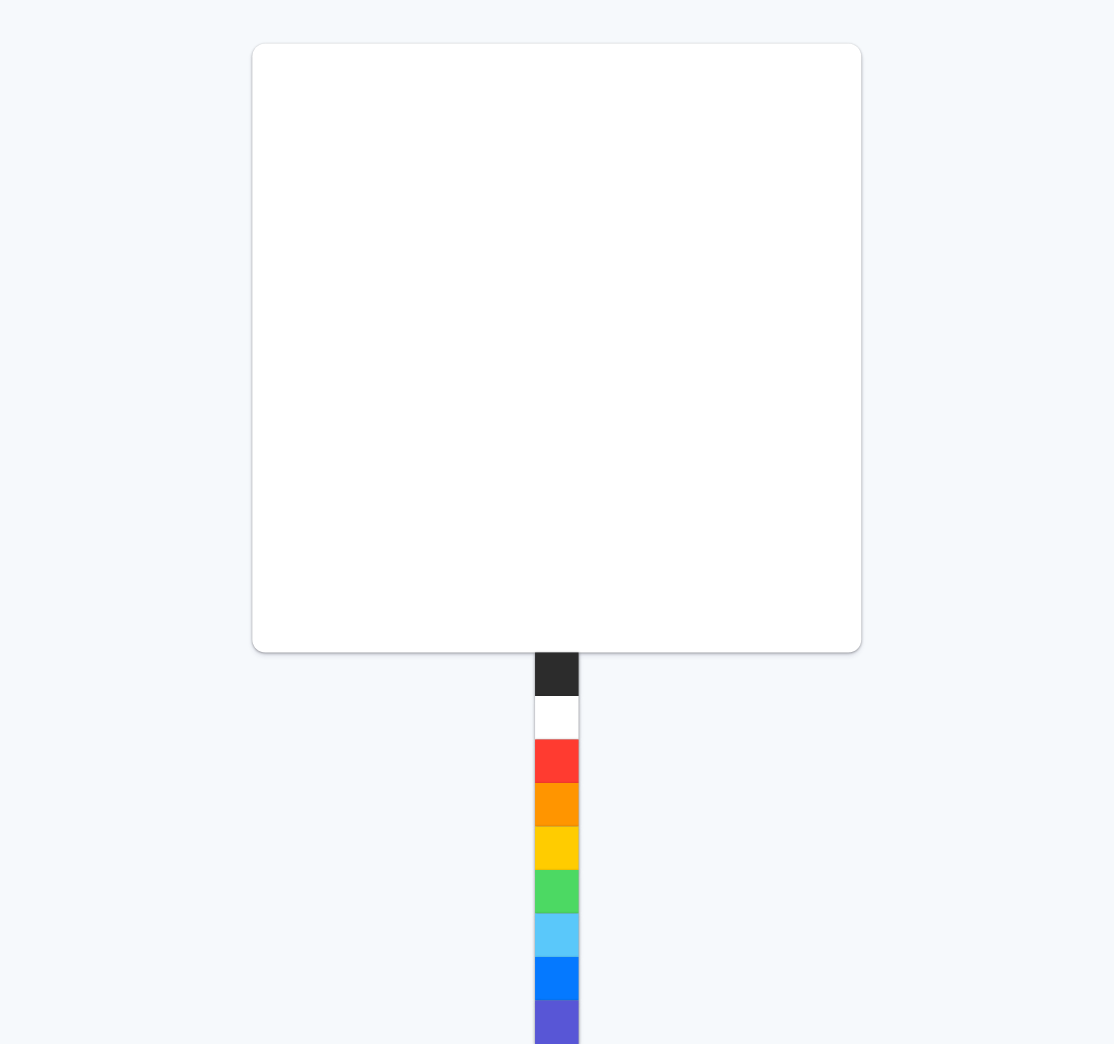
Repository: haleyjung/paintjs
Page: index.html
These files come from the project's save history. The page is drawn as it stood at one moment and after the next save; the edit follows.
The browser window is 1280 px wide. The pictures show the whole page, at 87% of full size.

Above is the page before, as saved 2020-11-24 22:41:05.

### index.html
<!DOCTYPE html>
<html lang="en">
<head>
    <meta charset="UTF-8">
    <meta name="viewport" content="width=device-width, initial-scale=1.0">
    <link rel="stylesheet" href="style.css" />
    <title>PaintJS</title>
</head>
<body>
    <canvas id="jsCanvas" class="canvas"></canvas>

    <div class="controls">
        <!-- <div class="controls__btns">
            <button id="jsMode">Fill</button>
            <button id="jsSave">Save</button>
        </div> -->

        <div class="controls__colors" id="jsColors">
            <div class="controls__color" style="background-color:#2c2c2c"></div>
            <div class="controls__color" style="background-color:white"></div>
            <div class="controls__color" style="background-color:#ff3b30"></div>
            <div class="controls__color" style="background-color:#ff9500"></div>
            <div class="controls__color" style="background-color:#ffcc00"></div>
            <div class="controls__color" style="background-color:#4cd963"></div>
            <div class="controls__color" style="background-color:#5ac8fa"></div>
            <div class="controls__color" style="background-color:#0579ff"></div>
            <div class="controls__color" style="background-color:#5856d6"></div>
        </div>
    </div>
    <script src="app.js"></script>
</body>
</html>

### style.css
@import "reset.css";
@import url("https://fonts.googleapis.com/css2?family=Roboto:wght@300;400;500;700&display=swap");

body {
  background-color: #f6f9fc;
  font-family: "Roboto", sans-serif;
  display: flex;
  flex-direction: column;
  align-items: center;
  padding-top: 50px;
}

.canvas {
  width: 700px;
  height: 700px;
  background-color: white;
  border-radius: 15px;
  box-shadow: 0 4px 6px rgba(50, 50, 93, 0.11), 0 1px 3px rgba(0, 0, 0, 0.4);
}

.controls__colors .controls__color {
  display: flex;
}

.controls__colors .controls__color {
  width: 50px;
  height: 50px;
  box-shadow: 0 4px 6px rgba(50, 50, 93, 0.11), 0 1px 3px rgba(0, 0, 0, 0.4);
}

Loaded but not shown: reset.css (common file); app.js (no copy from this time; the picture is the same without it)

After the next save:
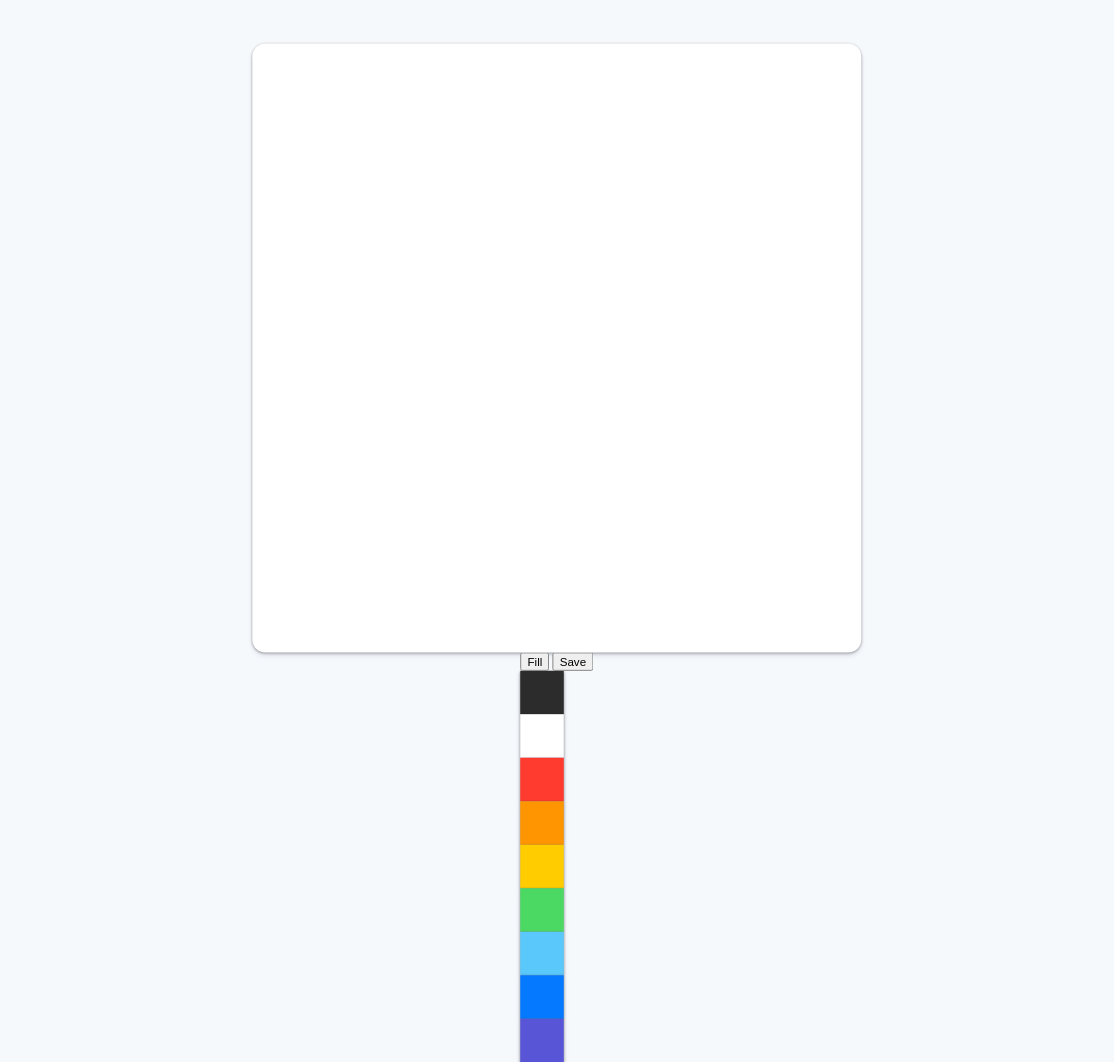
Saved 32 s later.
--- a/index.html
+++ b/index.html
@@ -10,10 +10,10 @@
     <canvas id="jsCanvas" class="canvas"></canvas>
 
     <div class="controls">
-        <!-- <div class="controls__btns">
+        <div class="controls__btns">
             <button id="jsMode">Fill</button>
             <button id="jsSave">Save</button>
-        </div> -->
+        </div>
 
         <div class="controls__colors" id="jsColors">
             <div class="controls__color" style="background-color:#2c2c2c"></div>
